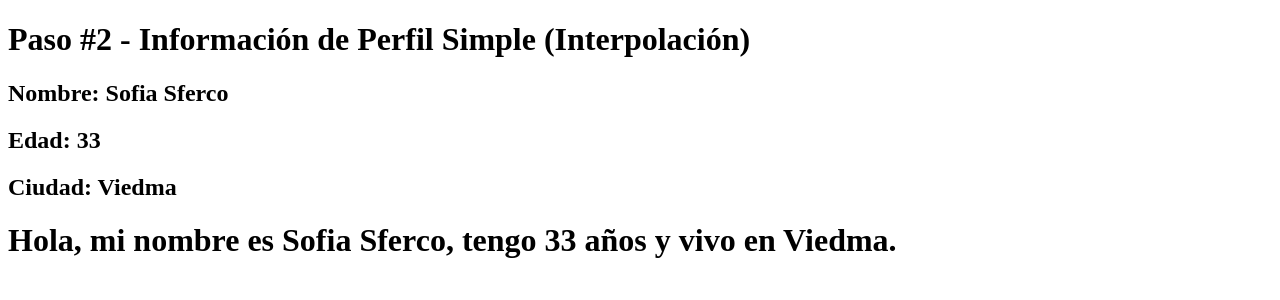
Repository: SofiaSferco/PWA-2026
Page: practico01/index.html
An editor plug-in stored every save of this project. The page is shown before and after the next save, followed by the edit.
The browser window is 1280 px wide. The pictures show the whole page.

Above is the page before, as saved 2026-09-10 00:19:33.

### practico01/index.html
<!DOCTYPE html>
<html lang="en">
<head>
    <meta charset="UTF-8">
    <title>Practico 01</title>
    <script src="https://cdn.jsdelivr.net/npm/vue/dist/vue.js"></script>
</head>
<body>
    <div id="app">

        <h1>Paso #2 - Información de Perfil Simple (Interpolación)</h1>
        <h2>Nombre: {{nombre}}</h2>
        <h2>Edad: {{edad}}</h2>
        <h2>Ciudad: {{ciudad}}</h2>
        <h1>Hola, mi nombre es {{nombre}}, tengo {{edad}} años y vivo en {{ciudad}}.</h1>
    </div>
    <script>
       var app= new Vue({
           el: '#app',
           data: {
               nombre: 'Sofia Sferco',
               edad: 33,
               ciudad: 'Viedma',
           }
       })
    </script>
</body>
</html>

After the next save:
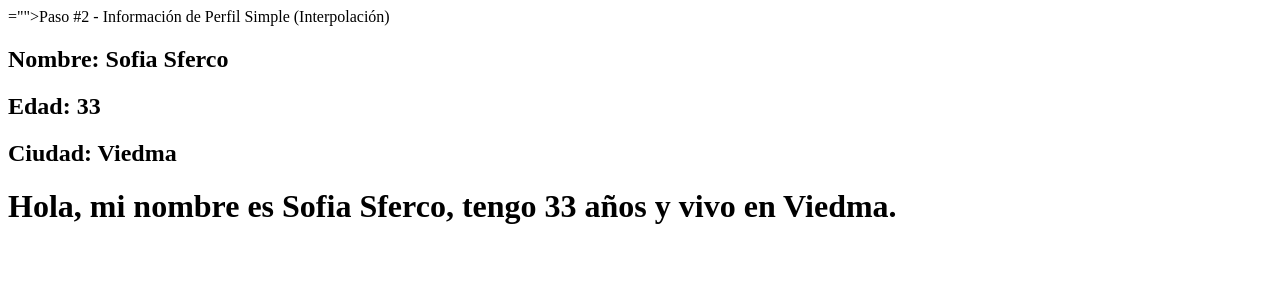
Saved 8 s later.
--- a/practico01/index.html
+++ b/practico01/index.html
@@ -7,7 +7,7 @@
 </head>
 <body>
     <div id="app">
-
+        <p
         <h1>Paso #2 - Información de Perfil Simple (Interpolación)</h1>
         <h2>Nombre: {{nombre}}</h2>
         <h2>Edad: {{edad}}</h2>
